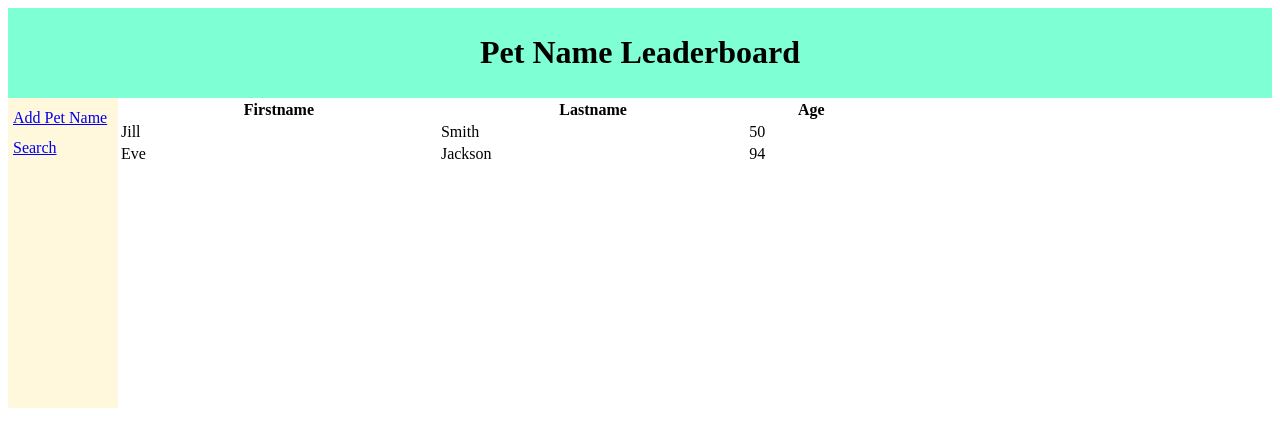
Repository: mutterbucket/TriplettTermProject4830
Page: workspaceCSCI4830-tech-excercise-Triplett/techExcerciseTriplett/WebContent/leaderboard.html
The author's editor kept a copy of each file at every save. The page is drawn from the files as they stood at one save, then again after the next save.
The browser window is 1280 px wide. The pictures show the whole page.

Above is the page before, as saved 2020-02-21 23:07:09.

### workspaceCSCI4830-tech-excercise-Triplett/techExcerciseTriplett/WebContent/leaderboard.html
<!DOCTYPE html>
<html>
<head>
<meta charset="ISO-8859-1">
<style type="text/css">
header {
    background-color:aquamarine;
    color: black;
    text-align: center;
    padding: 5px;
}
nav {
    line-height:30px;
    background-color:cornsilk;
    height:300px;
    width:100px;
    float:left;
    padding:5px;
}
section {
    width:350px;
    float:left;
    padding:10px;
}
footer {
    background-color:19FFBD;
    color:black;
    clear:both;
    text-align:center;
    padding:5px;
}
</style>
</head>
<body>
<header>
<h1>Pet Name Leaderboard</h1>
</header>

<nav>
<a href="/techExcerciseTriplett/add_name.html">Add Pet Name</a> <br>
<a href="/techExcerciseTriplett/home_search.html">Search</a> <br>
</nav>

<table style="width:60%">
  <tr>
    <th>Firstname</th>
    <th>Lastname</th>
    <th>Age</th>
  </tr>
  <tr>
    <td>Jill</td>
    <td>Smith</td>
    <td>50</td>
  </tr>
  <tr>
    <td>Eve</td>
    <td>Jackson</td>
    <td>94</td>
  </tr>
</table>

</body>
</html>

After the next save:
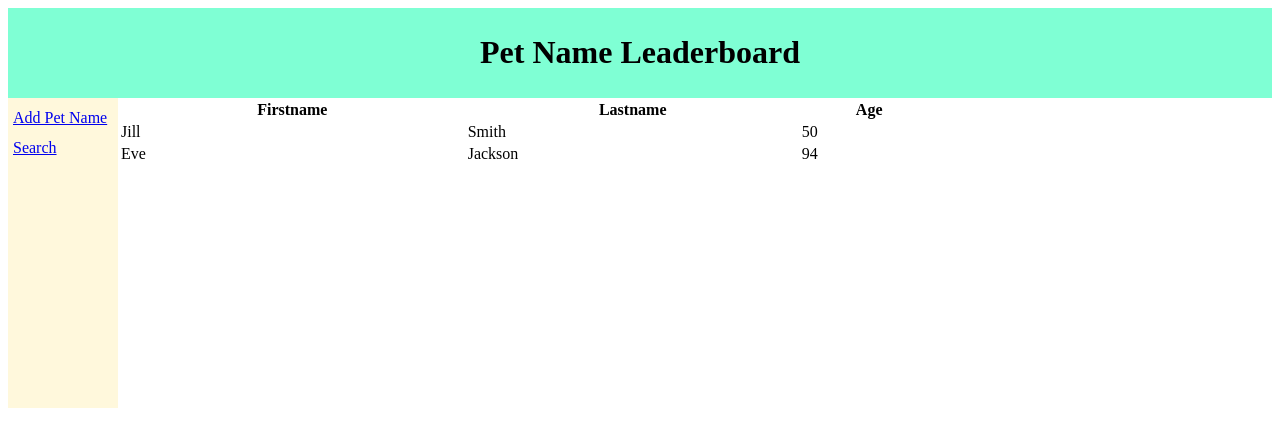
Saved 14 s later.
--- a/workspaceCSCI4830-tech-excercise-Triplett/techExcerciseTriplett/WebContent/leaderboard.html
+++ b/workspaceCSCI4830-tech-excercise-Triplett/techExcerciseTriplett/WebContent/leaderboard.html
@@ -41,7 +41,7 @@ footer {
 <a href="/techExcerciseTriplett/home_search.html">Search</a> <br>
 </nav>
 
-<table style="width:60%">
+<table style="width:65%">
   <tr>
     <th>Firstname</th>
     <th>Lastname</th>
